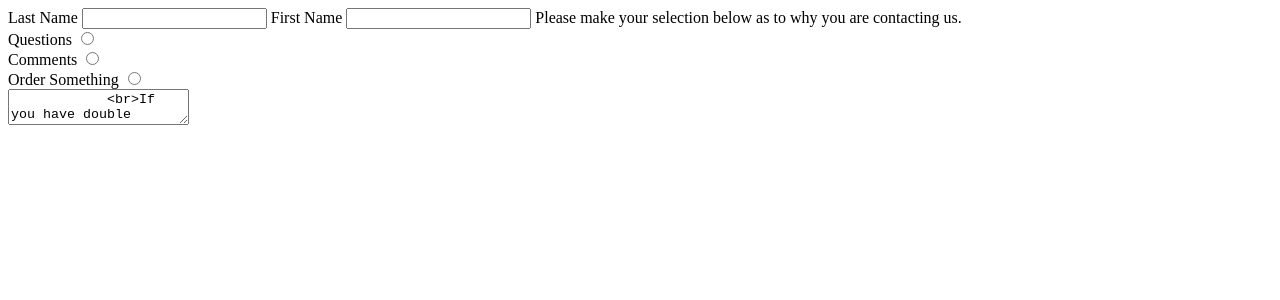
Repository: nsisk1/web-page-project
Page: contact-us.html
The author's editor kept a copy of each file at every save. The page is drawn from the files as they stood at one save, then again after the next save.
The browser window is 1280 px wide. The pictures show the whole page.

Above is the page before, as saved 2024-07-14 09:51:51.

After the next save:
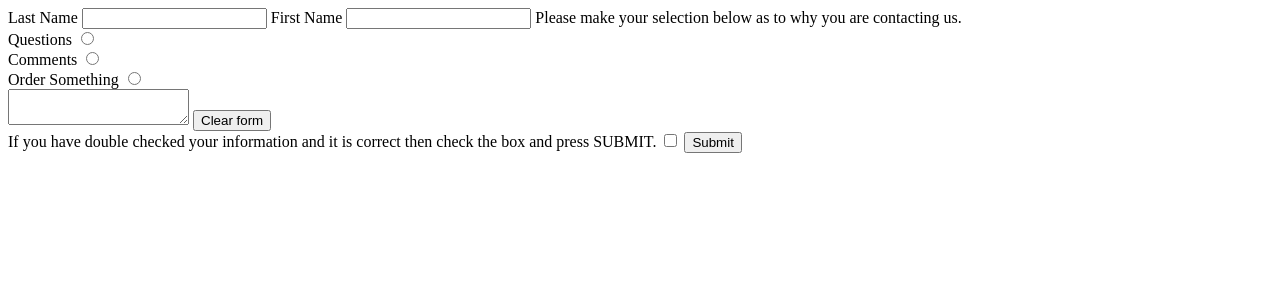
Saved 12 s later.
--- a/contact-us.html
+++ b/contact-us.html
@@ -22,7 +22,7 @@
             Order Something
             <input type="radio" name="reason" value="order">
             <br>
-            <textarea
+            <textarea></textarea>
 
 
 
